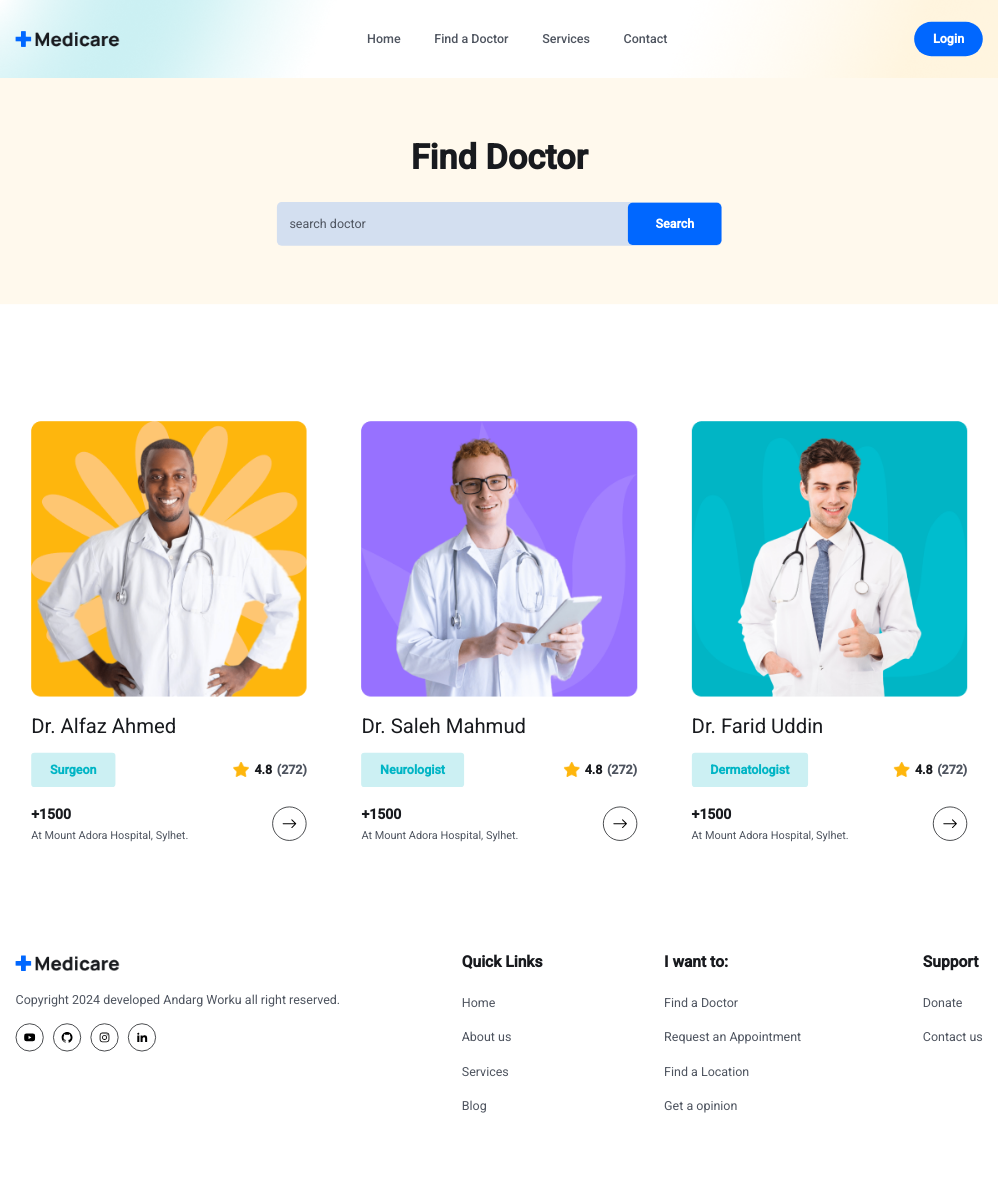
Repository: Andarg01/Mcare
Page: /doctors (app in frontend/)
The author's editor kept a copy of each file at every save. The page is drawn from the files as they stood at one save, then again after the next save.
The browser window is 1280 px wide. The pictures show the whole page, at 78% of full size.
Some web fonts or font styles are not loaded; a fallback is used. The project was rebuilt for these pictures with package versions that can differ from the ones it lists, and the page was loaded fresh each time. Also part of the build but not shown: frontend/vite.config.js, frontend/src/assets/data/faqs.js, frontend/src/components/Faq/FaqItem.jsx, frontend/src/components/Faq/FaqList.jsx, frontend/src/components/Doctors/DoctorList.jsx, frontend/src/assets/data/services.js, frontend/src/components/Services/ServiceCard.jsx, frontend/src/components/Services/ServiceList.jsx and 3 more.

Above is the page before, as saved 2024-03-20 07:17:18.

After the next save:
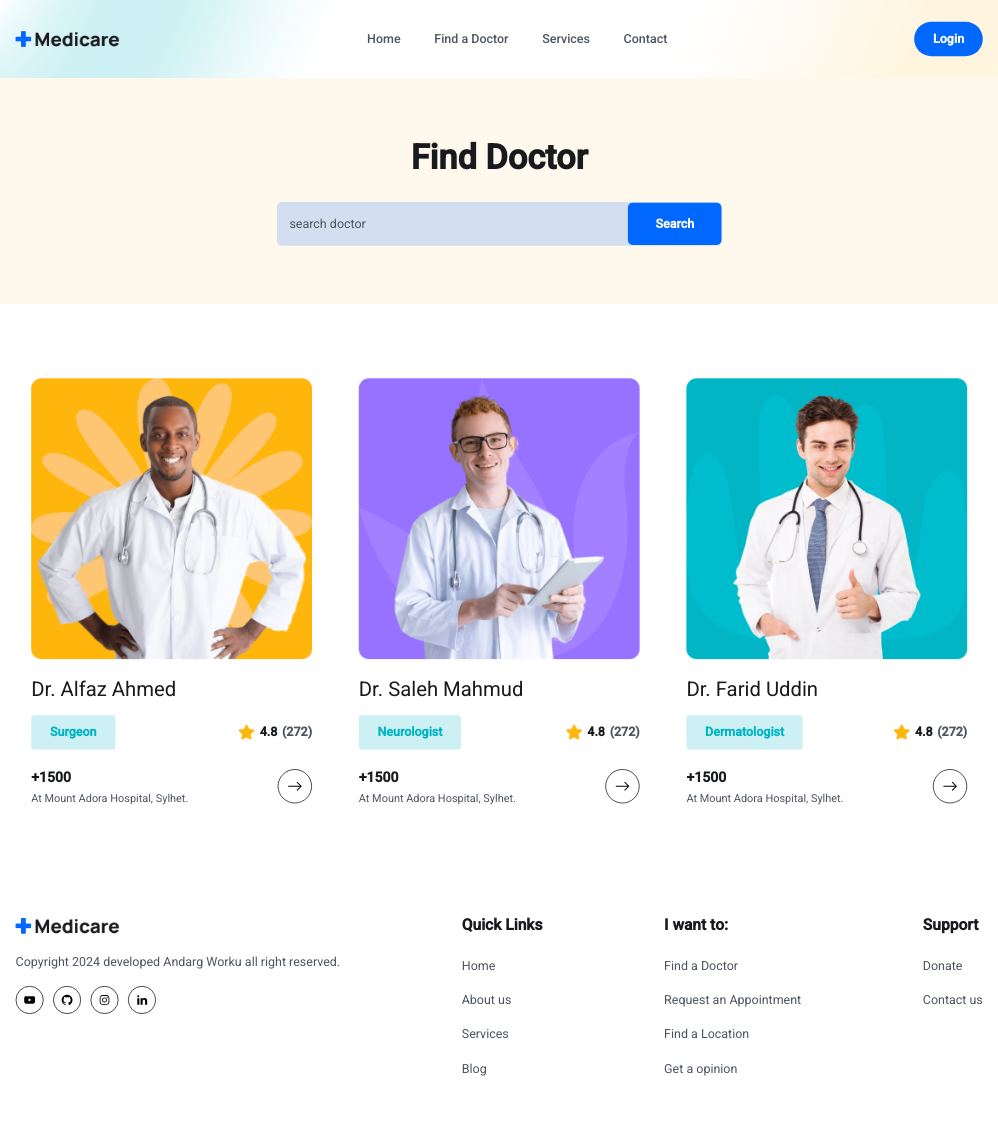
Saved 52 s later.
--- a/frontend/src/pages/Doctors/Doctors.jsx
+++ b/frontend/src/pages/Doctors/Doctors.jsx
@@ -20,25 +20,25 @@ const Doctors = () => {
         <
         button className = "btn mt-0 rounded-[0px] rounded-md" >
         Search <
-        /button> <
-        /div> <
-        /div> <
-        /section> <
+        /button> < /
+        div > <
+        /div> < /
+        section > <
         section >
         <
         div className = "container" >
         <
-        div className = "grid grid-cols-1 sm:grid-cols-2 md:grid-cols-3 gap-5 lg:gap-[30px] mt-[30px] lg:mt-[55px]" > {
+        div className = "grid grid-cols-1 sm:grid-cols-2 md:grid-cols-3 gap-5 " > {
             doctors.map(doctor => ( <
                 DoctorCard key = { doctor.id }
                 doctor = { doctor }
                 />
             ))
         } <
-        /div> <
-        /div> <
-        /section> <
-        />
+        /div> < /
+        div > <
+        /section> < /
+        >
     );
 };
 
